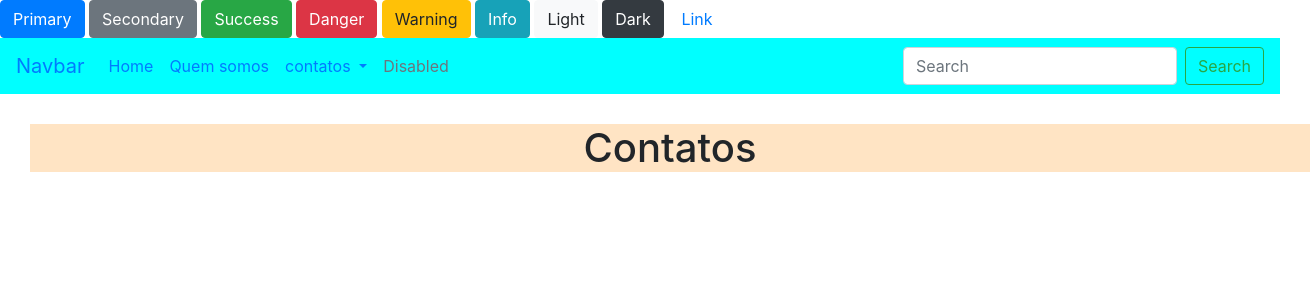
Repository: DaniloBaracho/bootstrap
Page: index.html
An editor plug-in stored every save of this project. The page is shown before and after the next save, followed by the edit.
The browser window is 1280 px wide. The page is 1310 px wide, then 1280 px, so the pictures cover 1310 px, including what lies to the right of the window. The pictures show the whole page.

Above is the page before, as saved 2020-05-31 17:17:33.

After the next save:
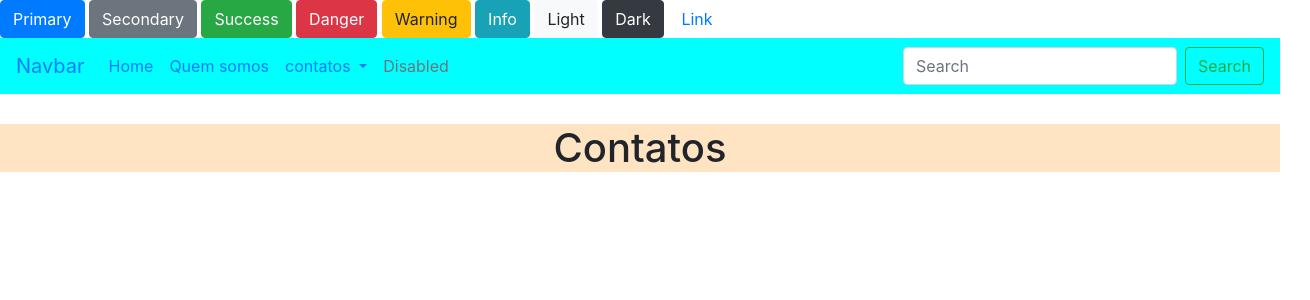
Saved 15 s later.
--- a/css/style.css
+++ b/css/style.css
@@ -7,6 +7,4 @@
 .margin{
     margin-top: 30px;
     margin-bottom: 30px;
-    margin-left: 30px;
-    margin-right: 30px;
 }
